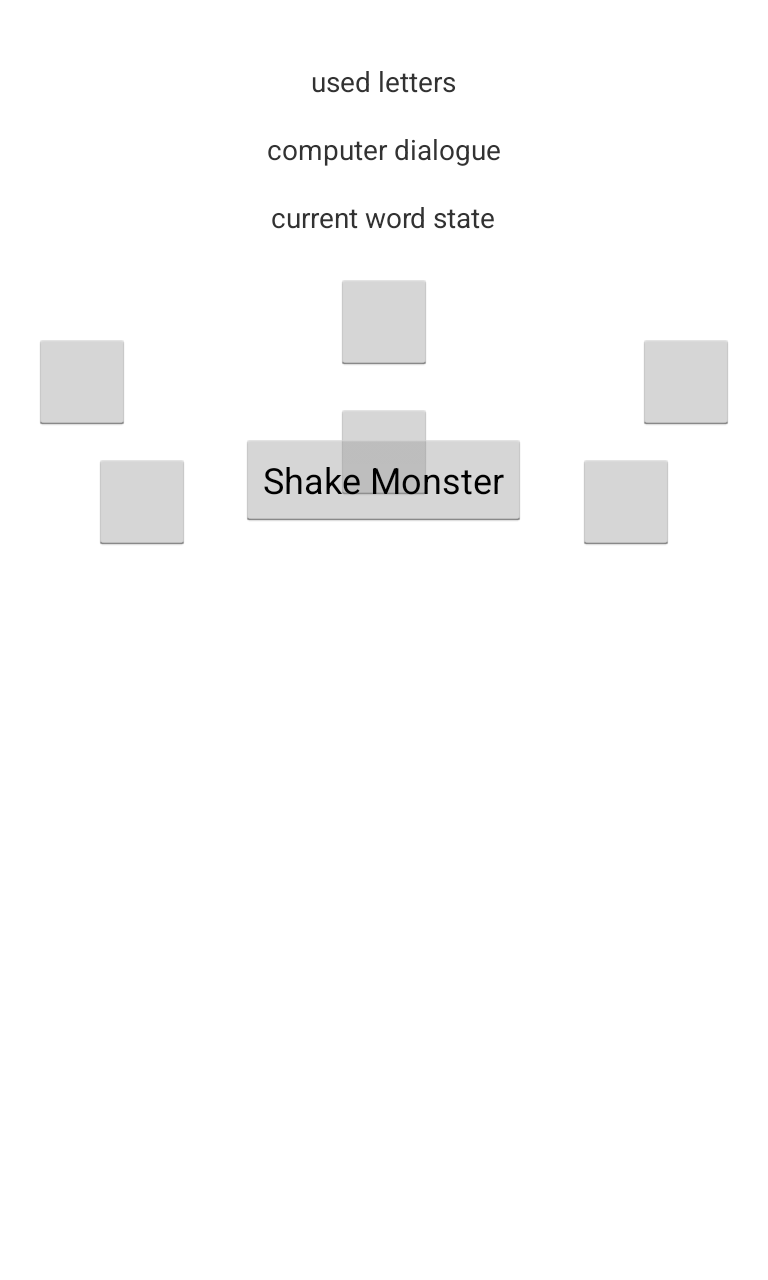
Repository: svandenhout/EvilSpaceMonsterHangman
Layout: evilSpaceMonsterHangman/res/layout/activity_main.xml
The author's editor kept a copy of each file at every save. The layout is drawn from the files as they stood at one save, then again after the next save.
It is drawn on a 768 x 1280 px phone screen (xhdpi) without system bars, with theme AppTheme; the app's code is not run.

Above is the layout before, as saved 2013-12-16 18:44:42.

### evilSpaceMonsterHangman/res/layout/activity_main.xml
<RelativeLayout xmlns:android="http://schemas.android.com/apk/res/android"
              xmlns:tools="http://schemas.android.com/tools"
              android:layout_width="match_parent"
              android:layout_height="match_parent"
              android:paddingLeft="@dimen/activity_horizontal_margin"
              android:paddingRight="@dimen/activity_horizontal_margin"
              android:paddingTop="@dimen/activity_vertical_margin"
              android:paddingBottom="@dimen/activity_vertical_margin"
              tools:context=".MainActivity"
              android:orientation="vertical">

    <TextView
            android:id="@+id/usedLetters"
            android:layout_width="wrap_content"
            android:layout_height="wrap_content"
            android:text="@string/used_letters"
            android:layout_centerHorizontal="true"
            android:layout_marginTop="15dp"/>

    <TextView
            android:id="@+id/computerDialogue"
            android:layout_width="wrap_content"
            android:layout_height="wrap_content"
            android:layout_centerHorizontal="true"
            android:text="@string/computer_dialogue"
            android:layout_below="@+id/usedLetters"
            android:layout_marginTop="15dp"/>

    <TextView
            android:id="@+id/currentWordState"
            android:layout_width="wrap_content"
            android:layout_height="wrap_content"
            android:layout_below="@id/computerDialogue"
            android:text="@string/current_word_state"
            android:layout_centerHorizontal="true"
            android:layout_marginTop="15dp"/>

    <Button
        android:id="@+id/eye_6"
        android:layout_width="50dp"
        android:layout_height="50dp"
        android:layout_alignParentLeft="true"
        android:layout_marginTop="150dp"/>

    <Button
        android:id="@+id/eye_2"
        android:layout_width="50dp"
        android:layout_height="50dp"
        android:layout_marginTop="150dp"
        android:layout_alignParentRight="true"/>

    <Button
        android:id="@+id/eye_5"
        android:layout_width="50dp"
        android:layout_height="50dp"
        android:layout_alignLeft="@+id/eye_6"
        android:layout_below="@+id/eye_6"
        android:layout_marginLeft="30dp"
        android:layout_marginTop="10dp"/>

    <Button
        android:id="@+id/eye_3"
        android:layout_width="50dp"
        android:layout_height="50dp"
        android:layout_centerHorizontal="true"
        android:layout_marginTop="120dp"/>

    <Button
        android:id="@+id/eye_1"
        android:layout_width="50dp"
        android:layout_height="50dp"
        android:layout_alignRight="@+id/eye_2"
        android:layout_below="@+id/eye_2"
        android:layout_marginRight="30dp"
        android:layout_marginTop="10dp"/>

    <Button
        android:id="@+id/eye_4"
        android:layout_width="50dp"
        android:layout_height="50dp"
        android:layout_below="@+id/eye_3"
        android:layout_centerHorizontal="true"
        android:layout_marginTop="15dp"/>

    <Button
        android:id="@+id/shake_button"
        android:layout_width="wrap_content"
        android:layout_height="wrap_content"
        android:layout_centerHorizontal="true"
        android:layout_marginTop="200dp"
        android:text="@string/shake_monster" />

</RelativeLayout>

### evilSpaceMonsterHangman/res/values/strings.xml
<?xml version="1.0" encoding="utf-8"?>
<resources>

    <string name="app_name" >Hangman
    </string>

    <!-- settings & preferences -->
    <string name="hi_scores" >hi-scores
    </string>
    <string name="settings" >settings
    </string>
    <string name="reset" >reset game
    </string>

    <string name="title_user_name" >user name
    </string>
    <string name="title_word_length">word length
    </string>
    <string name="title_amount_of_turns">amount of turns
    </string>
    <string name="title_evil_mode">Evil Mode
    </string>

    <string name="summary_user_name">set your user name here
    </string>
    <string name="summary_word_length">set the length of the words that you want to use
    </string>
    <string name="summary_amount_of_turns">set the amount of turns until you lose
    </string>
    <string name="summary_evil_mode">Start playing Evil Mode, You will not win
    </string>

    <string name="dialog_user_name" >user name:
    </string>
    <string name="dialog_word_length">word length:
    </string>
    <string name="dialog_amount_of_turns">amount of turns:
    </string>
    <string name="dialog_evil_mode">Evil Mode?
    </string>


    <!-- game ui -->
    <string name="current_word" >current word
    </string>
    <string name="current_word_state" >current word state
    </string>
    <string name="used_letters" >used letters
    </string>
    <string name="computer_dialogue">computer dialogue</string>
    <string name="button_text">~</string>
    <string name="shake_monster">Shake Monster</string>

    <!-- game states -->
    <string name="game_won">game won
    </string>
    <string name="game_lost">game lost
    </string>

    <!-- computer monologue -->
    <string name="cmonologue_start">Pick a letter to start playing</string>
    <string name="cmonologue_used">This letter has already been used, try again</string>
    <string name="cmonologue_invalid">WHAT THE HELL IS THAT!?, try another one</string>
    <string name="cmonologue_wrong">Wrong guess, pick again</string>
    <string name="cmonologue_correct">Lucky, why don\'t you try again?</string>
    <string name="cmonologue_won">:((</string>
    <string name="cmonologue_lost">:-)</string>
</resources>

Loaded but not shown: evilSpaceMonsterHangman/res/values/styles.xml (common file); evilSpaceMonsterHangman/res/values-v11/styles.xml (common file); evilSpaceMonsterHangman/res/values-v14/styles.xml (common file); evilSpaceMonsterHangman/res/values/dimens.xml (common file)

After the next save:
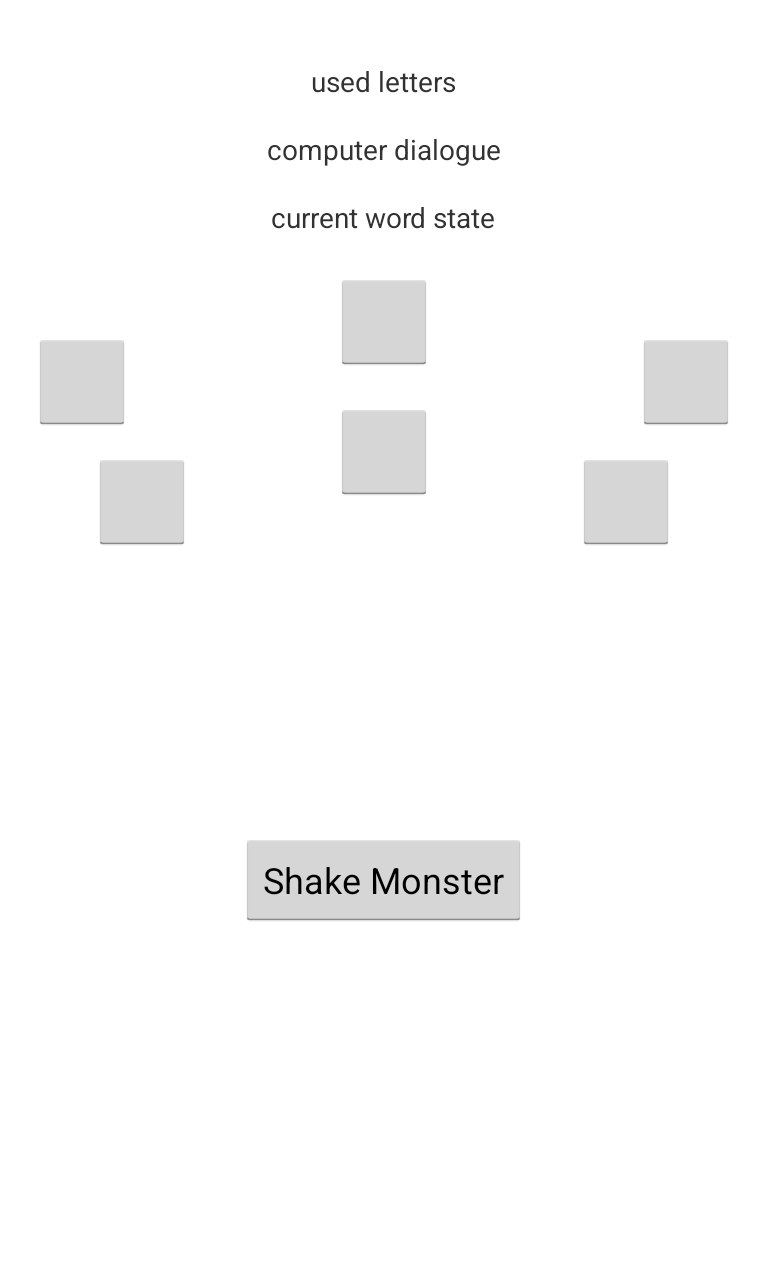
Saved 53 s later.
--- a/evilSpaceMonsterHangman/res/layout/activity_main.xml
+++ b/evilSpaceMonsterHangman/res/layout/activity_main.xml
@@ -87,7 +87,7 @@
         android:layout_width="wrap_content"
         android:layout_height="wrap_content"
         android:layout_centerHorizontal="true"
-        android:layout_marginTop="200dp"
+        android:layout_marginTop="400dp"
         android:text="@string/shake_monster" />
 
 </RelativeLayout>
